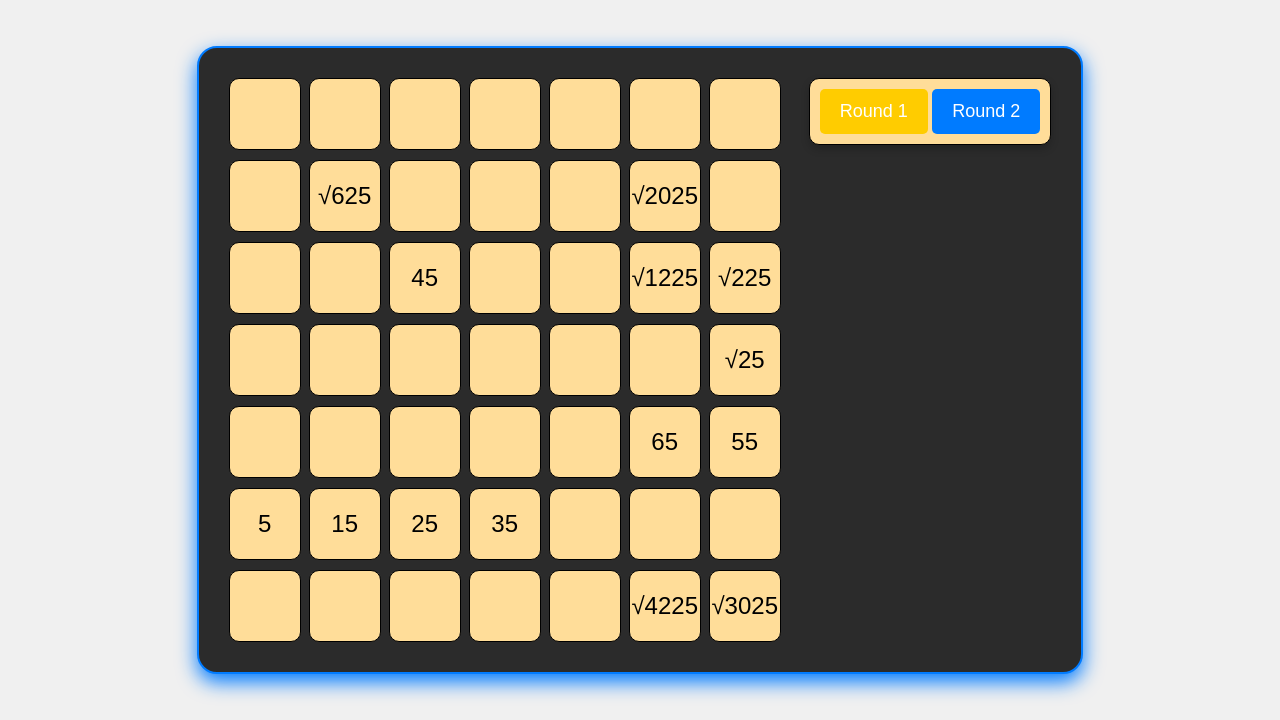
Repository: radisyah/THE_BRAIN_STORM
Page: Broken Link.html
The author's editor kept a copy of each file at every save. The page is drawn from the files as they stood at one save, then again after the next save.
The browser window is 1280 px wide. The pictures show the whole page.

Above is the page before, as saved 2024-11-11 10:32:34.

### Broken Link.html
<!DOCTYPE html>
<html lang="en">
<head>
    <meta charset="UTF-8">
    <meta name="viewport" content="width=device-width, initial-scale=1.0">
    <title>The Brain Storm | Broken Link</title>
    <style>
        body {
            font-family: Arial, sans-serif;
            display: flex;
            justify-content: center; /* Center the content horizontally */
            align-items: center; /* Center vertically */
            height: 100vh;
            margin: 0;
            background-color: #f0f0f0;
        }

        .container {
            display: flex;
            justify-content: center; /* Align the grid and buttons side by side */
            align-items: flex-start;
            background-color: #2b2b2b;
            border-radius: 20px;
            box-shadow: 0 8px 20px  #007bff;
            padding: 30px;
            border: 2px solid #007bff;
            transition: transform 0.3s ease-in-out;

        }

        .grid-container {
            display: grid;
            grid-template-columns: repeat(7, 70px); /* 7 columns for the grid */
            grid-gap: 10px; /* Increased gap between grid items */
            justify-content: center;
            margin-right: 30px; /* Space between grid and buttons */
        }

        .container:hover {
            transform: scale(1.02); /* Slight scale effect when hovering over the container */
        }

        .grid-item {
            width: 70px;
            height: 70px;
            display: flex;
            align-items: center;
            justify-content: center;
            font-size: 24px;
            background-color: #ffdd99;
            border: 1px solid #000;
            color: #000;
            cursor: pointer;
            position: relative;
            border-radius: 10px;
            transition: transform 0.3s ease-in-out;
        }

        .grid-item:hover {
            transform: scale(1.10);
        }

        .highlighted {
            background-color: #28a745; /* Green when correct */
        }

        .blue {
            background-color: lightblue; /* Blue for temporary path */
        }

        .locked {
            background-color: #28a745;
            color: white;
            cursor: not-allowed;
            border-color: #007bff;
        }

        .selected {
            background-color: lightblue;
        }

        .no-number {
            cursor: pointer;
        }


        .question-buttons {
            display: flex;
            flex-direction: column; /* Align buttons vertically */
            gap: 10px;
            padding: 10px; /* Added padding */
            background-color: #ffdd99; /* Background color for buttons layout */
            border-radius: 10px; /* Rounded corners */
            box-shadow: 0 4px 8px rgba(0, 0, 0, 0.2); /* Shadow for effect */
             border: 1px solid #000;
        }


        .question-button {
            padding: 12px 20px; /* Increased padding */
            font-size: 18px; /* Increased font size */
            cursor: pointer;
            background-color: #007bff;
            color: white;
            border: none;
            border-radius: 5px;
            transition: background-color 0.3s;
        }

        .question-button.active-round { background-color: #ffcc00; } /* Warna berbeda untuk tombol aktif */

        .question-button:hover {
            background-color: #0056b3;
        }

        .video-container {
            position: fixed;
            top: 0;
            left: 0;
            width: 100%;
            height: 100%;
            background-color: #000;
            display: flex;
            justify-content: center;
            align-items: center;
            z-index: 1000;
            object-fit: cover;
        }

        video {
            width: 100%;
            height: 100%;
            object-fit: cover;
        }

        .modal-content h2 {
            font-size: 24px;
            margin-bottom: 20px;
        }

        .modal-content p {
            font-size: 20px;
            margin: 10px 0;
        }

        .modal {
            display: none;
            position: fixed;
            z-index: 1;
            left: 0;
            top: 0;
            width: 100%;
            height: 100%;
            background-color: rgba(0, 0, 0, 0.7);
            justify-content: center;
            align-items: center;
        }

        .modal-content {
            background-color: white;
            padding: 20px;
            border-radius: 15px;
            box-shadow: 0px 0px 15px 0px rgba(0, 0, 0, 0.3);
            text-align: center;
            font-size: 24px;
            color: #333; /* Text color */
        }

        .close {
            margin-top: 20px;
            cursor: pointer;
            background-color: #007bff;
            color: white;
            padding: 10px 20px;
            border: none;
            border-radius: 5px;
            transition: background-color 0.3s;
        }

        .close:hover {
            background-color: #0056b3; /* Darker blue on hover */
        }

    </style>


</head>
<body>


<div class="container">
    <div class="grid-container" id="gridContainer">
        <!-- Grid will be inserted dynamically here -->
    </div>
    <div class="question-buttons">
        <div>
            <button class="question-button round-1" onclick="loadQuestion(1)">Round 1</button>
            <button class="question-button round-2" onclick="loadQuestion(2)">Round 2</button>
        </div>
    </div>
</div>


<script>
    // Data untuk grid dan jalur dinamis untuk ronde 1 dan ronde 2
    const gridDataRound1 = [
        { number: 1, hasNumber: false },
        { number: 2, hasNumber: false },
        { number: 3, hasNumber: false },
        { number: 4, hasNumber: false },
        { number: 5, hasNumber: false },
        { number: 6, hasNumber: false },
        { number: 7, hasNumber: false },

        { number: 8, hasNumber: false },
        { number: 9, hasNumber: '√625' },
        { number: 10, hasNumber: false },
        { number: 11, hasNumber: false },
        { number: 12, hasNumber: false },
        { number: 13, hasNumber: '√2025' },
        { number: 14, hasNumber: false },

        { number: 15, hasNumber: false },
        { number: 16, hasNumber: false },
        { number: 17, hasNumber: '45' },
        { number: 18, hasNumber: false },
        { number: 19, hasNumber: false },
        { number: 20, hasNumber: '√1225' },
        { number: 21, hasNumber: '√225' },

        { number: 22, hasNumber: false },
        { number: 23, hasNumber: false },
        { number: 24, hasNumber: false },
        { number: 25, hasNumber: false },
        { number: 26, hasNumber: false },
        { number: 27, hasNumber: false },
        { number: 28, hasNumber: '√25' },

        { number: 29, hasNumber: false },
        { number: 30, hasNumber: false },
        { number: 31, hasNumber: false },
        { number: 32, hasNumber: false },
        { number: 33, hasNumber: false },
        { number: 34, hasNumber: '65' },
        { number: 35, hasNumber: '55' },

        { number: 36, hasNumber: '5' },
        { number: 37, hasNumber: '15' },
        { number: 38, hasNumber: '25' },
        { number: 39, hasNumber: '35' },
        { number: 40, hasNumber: false },
        { number: 41, hasNumber: false },
        { number: 42, hasNumber: false },

        { number: 43, hasNumber: false },
        { number: 44, hasNumber: false },
        { number: 45, hasNumber: false },
        { number: 46, hasNumber: false },
        { number: 47, hasNumber: false },
        { number: 48, hasNumber: '√4225' },
        { number: 49, hasNumber: '√3025' },
    ];

    const gridDataRound2 = [
        { number: 1, hasNumber: '19' },
        { number: 2, hasNumber: false },
        { number: 3, hasNumber: false },
        { number: 4, hasNumber: false },
        { number: 5, hasNumber: false },
        { number: 6, hasNumber: false },
        { number: 7, hasNumber: false },

        { number: 8, hasNumber: false },
        { number: 9, hasNumber: false },
        { number: 10, hasNumber: false },
        { number: 11, hasNumber: false },
        { number: 12, hasNumber: false },
        { number: 13, hasNumber: false },
        { number: 14, hasNumber: '29' },

        { number: 15, hasNumber: false },
        { number: 16, hasNumber: false },
        { number: 17, hasNumber: false },
        { number: 18, hasNumber: '√361' },
        { number: 19, hasNumber: '√6241' },
        { number: 20, hasNumber: false },
        { number: 21, hasNumber: false },

        { number: 22, hasNumber: false },
        { number: 23, hasNumber: '√841' },
        { number: 24, hasNumber: false },
        { number: 25, hasNumber: false },
        { number: 26, hasNumber: false },
        { number: 27, hasNumber: '√2401' },
        { number: 28, hasNumber: '√3481' },

        { number: 29, hasNumber: false },
        { number: 30, hasNumber: '59' },
        { number: 31, hasNumber: false },
        { number: 32, hasNumber: false },
        { number: 33, hasNumber: false },
        { number: 34, hasNumber: false },
        { number: 35, hasNumber: false },

        { number: 36, hasNumber: false },
        { number: 37, hasNumber: false },
        { number: 38, hasNumber: false },
        { number: 39, hasNumber: false },
        { number: 40, hasNumber: '79' },
        { number: 41, hasNumber: '39' },
        { number: 42, hasNumber: false },

        { number: 43, hasNumber: '√1521' },
        { number: 44, hasNumber: false },
        { number: 45, hasNumber: false },
        { number: 46, hasNumber: false },
        { number: 47, hasNumber: false },
        { number: 48, hasNumber: false },
        { number: 49, hasNumber: '49' },
    ];

    const correctPathsRound1 = [
        [36, 43, 44, 45, 46, 47,40,33,26,27,28],
        [34, 41, 48],
        [35, 42, 49],
        [37, 30, 29,22,15,8,1,2,3,4,5,6,7,14,21],
        [38,31,24,23,16,9],
        [39,32,25,18,19,20],
        [17,10,11,12,13],
    ];

    const correctPathsRound2 = [
        [1,8,15,22,29,36,37,38,39,32,25,18],
        [14,7,6,5,4,3,2,9,16,23],
        [30,31,24,17,10,11,12,13,20,21,28],
        [40,33,26,19],
        [49,42,35,34,27],
        [43,44,45,46,47,48,41],

    ];

    let currentPath = [];
    let lockedGrids = new Set();
    let roundCompleted = [false, false]; // Status penyelesaian untuk Round 1 dan Round 2


    function loadQuestion(round) {
        const container = document.getElementById('gridContainer');
        container.innerHTML = ''; // Hapus semua elemen grid lama
        currentPath = [];
        lockedGrids.clear();

        let gridData, correctPaths;
        if (round === 1) {
            gridData = gridDataRound1;
            correctPaths = correctPathsRound1;
        } else if (round === 2 && roundCompleted[0]) {
            gridData = gridDataRound2;
            correctPaths = correctPathsRound2;
        } else {
            return; // Jika Round 1 belum selesai, tidak bisa pindah ke Round 2
        }

        generateGrid(gridData, correctPaths);
        updateButtonStyles(round);
    }


    // Fungsi untuk membuat grid berdasarkan data yang diberikan
    function generateGrid(gridData, correctPaths) {
        const container = document.getElementById('gridContainer');
        gridData.forEach(item => {
            const gridItem = document.createElement('div');
            gridItem.classList.add('grid-item');
            gridItem.setAttribute('data-number', item.number);
            if (item.hasNumber) {
                gridItem.textContent = item.hasNumber;
            } else {
                gridItem.classList.add('no-number');
            }

            container.appendChild(gridItem);
            gridItem.addEventListener('click', (event) => {
                handleGridClick(event, item.number, correctPaths);
            });

            if (lockedGrids.has(item.number)) {
                gridItem.classList.add("locked");
            }
        });
    }

    function handleGridClick(event, clickedNumber, correctPaths) {
        if (lockedGrids.has(clickedNumber)) return;

        if (currentPath.length === 0) {
            currentPath.push(clickedNumber);
            event.currentTarget.classList.add("blue");
            return;
        }

        if (isValidStep(clickedNumber, correctPaths)) {
            currentPath.push(clickedNumber);
            event.currentTarget.classList.add("blue");
            highlightCurrentPath();

            if (isPathComplete(correctPaths)) {
                lockPath();
                if (checkAllPathsComplete(correctPaths)) {
                    if (!roundCompleted[0]) {
                        roundCompleted[0] = true;
                        document.querySelector(".question-button.round-2").disabled = false;
                    } else if (!roundCompleted[1]) {
                        roundCompleted[1] = true;
                        showGameOverModal();
                    }
                }
            }
        } else {
            resetGrid();
        }
    }



    // Fungsi lainnya tetap seperti sebelumnya, hanya menambahkan parameter correctPaths untuk mendukung ronde yang berbeda
    function isValidStep(clickedNumber, correctPaths) {
        const lastStep = currentPath[currentPath.length - 1];
        return correctPaths.some(path => {
            const indexLastStep = path.indexOf(lastStep);
            return indexLastStep !== -1 && path[indexLastStep + 1] === clickedNumber;
        }) || correctPaths.some(path => {
            const indexLastStep = path.indexOf(lastStep);
            return indexLastStep !== -1 && path[indexLastStep - 1] === clickedNumber;
        });
    }

    function highlightCurrentPath() {
        document.querySelectorAll(".grid-item").forEach(item => {
            const number = parseInt(item.getAttribute("data-number"));
            if (currentPath.includes(number)) {
                item.classList.add("blue");
            } else {
                item.classList.remove("blue");
            }
        });
    }

    function isPathComplete(correctPaths) {
        return correctPaths.some(path => {
            return path.every(step => currentPath.includes(step)) || path.reverse().every(step => currentPath.includes(step));
        });
    }

    function lockPath() {
        currentPath.forEach(step => {
            lockedGrids.add(step);
            document.querySelector(`[data-number="${step}"]`).classList.add("locked");
        });
        currentPath = [];
    }

    function resetGrid() {
        document.querySelectorAll(".grid-item").forEach(item => {
            const number = parseInt(item.getAttribute("data-number"));
            if (!lockedGrids.has(number)) {
                item.classList.remove("blue", "highlighted", "locked");
            }
        });
        currentPath = [];
    }

    function checkAllPathsComplete(correctPaths) {
        return correctPaths.every(path => path.every(step => lockedGrids.has(step)));
    }

    function updateButtonStyles(activeRound) {
        document.querySelectorAll(".question-button").forEach((button, index) => {
            if (index + 1 === activeRound) {
                button.classList.add("active-round");
            } else {
                button.classList.remove("active-round");
            }
        });
    }

    function showGameOverModal() {
        const modal = document.createElement('div');
        modal.classList.add('modal');
        modal.innerHTML = `
            <div class="modal-content">
                <button class="next-mission" onclick="goToNextMission()">CLOSING SESSION</button>
            </div>
        `;
        document.body.appendChild(modal);
        modal.style.display = 'flex';
    }

    function goToNextMission() {
        document.querySelector('.modal').style.display = 'none';
        const videoContainer = document.createElement('div');
        videoContainer.classList.add('video-container');
        videoContainer.innerHTML = `
            <video id="closingVideo" src="CLOSING.mp4" autoplay controls></video>
        `;
        document.body.appendChild(videoContainer);

        const closingVideo = document.getElementById('closingVideo');
        closingVideo.play();
        closingVideo.addEventListener('ended', () => {
            window.location.href = 'opening.html';
        });
    }

    document.addEventListener("DOMContentLoaded", () => {
        loadQuestion(1);
        document.querySelector(".question-button.round-2").disabled = true;
    });


</script>

</body>
</html>

After the next save:
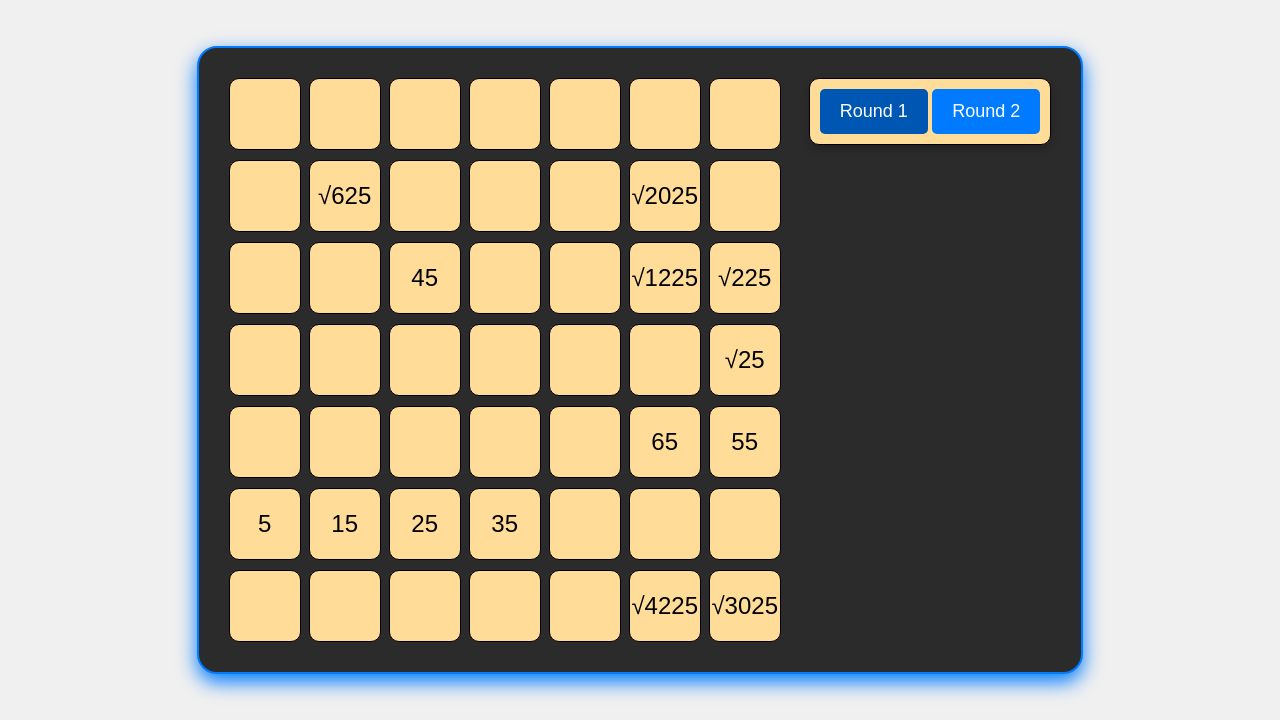
Saved 31 s later.
--- a/Broken Link.html
+++ b/Broken Link.html
@@ -107,7 +107,7 @@
             transition: background-color 0.3s;
         }
 
-        .question-button.active-round { background-color: #ffcc00; } /* Warna berbeda untuk tombol aktif */
+        .question-button.active-round { background-color: #0056b3; } /* Warna berbeda untuk tombol aktif */
 
         .question-button:hover {
             background-color: #0056b3;
